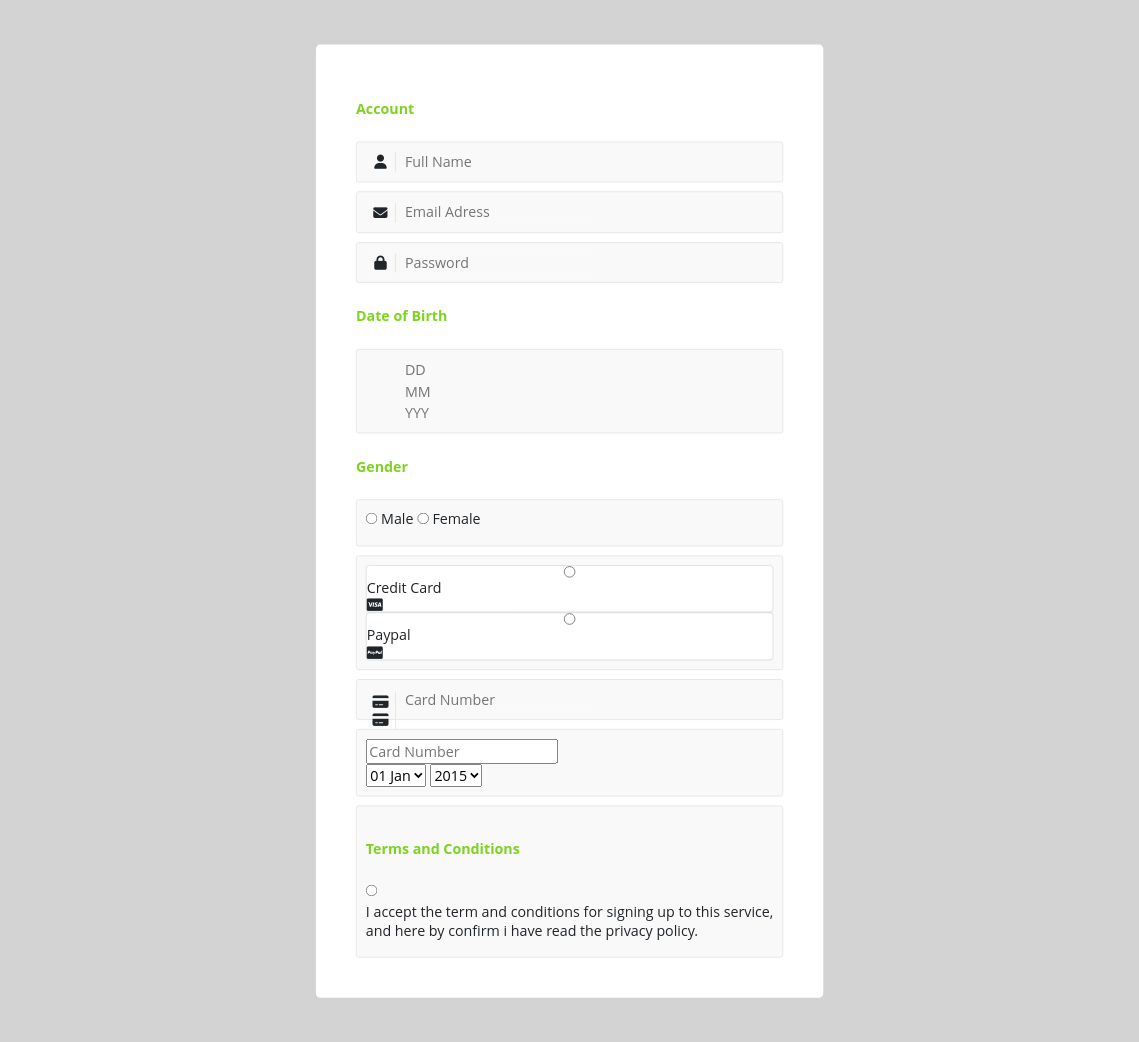
Repository: letrongtinh27/LapTrinhWeb
Page: Payment/index.html
An editor plug-in stored every save of this project. The page is shown before and after the next save, followed by the edit.
The browser window is 1280 px wide. The pictures show the whole page, at 89% of full size.

Above is the page before, as saved 2022-10-11 20:52:55.

After the next save:
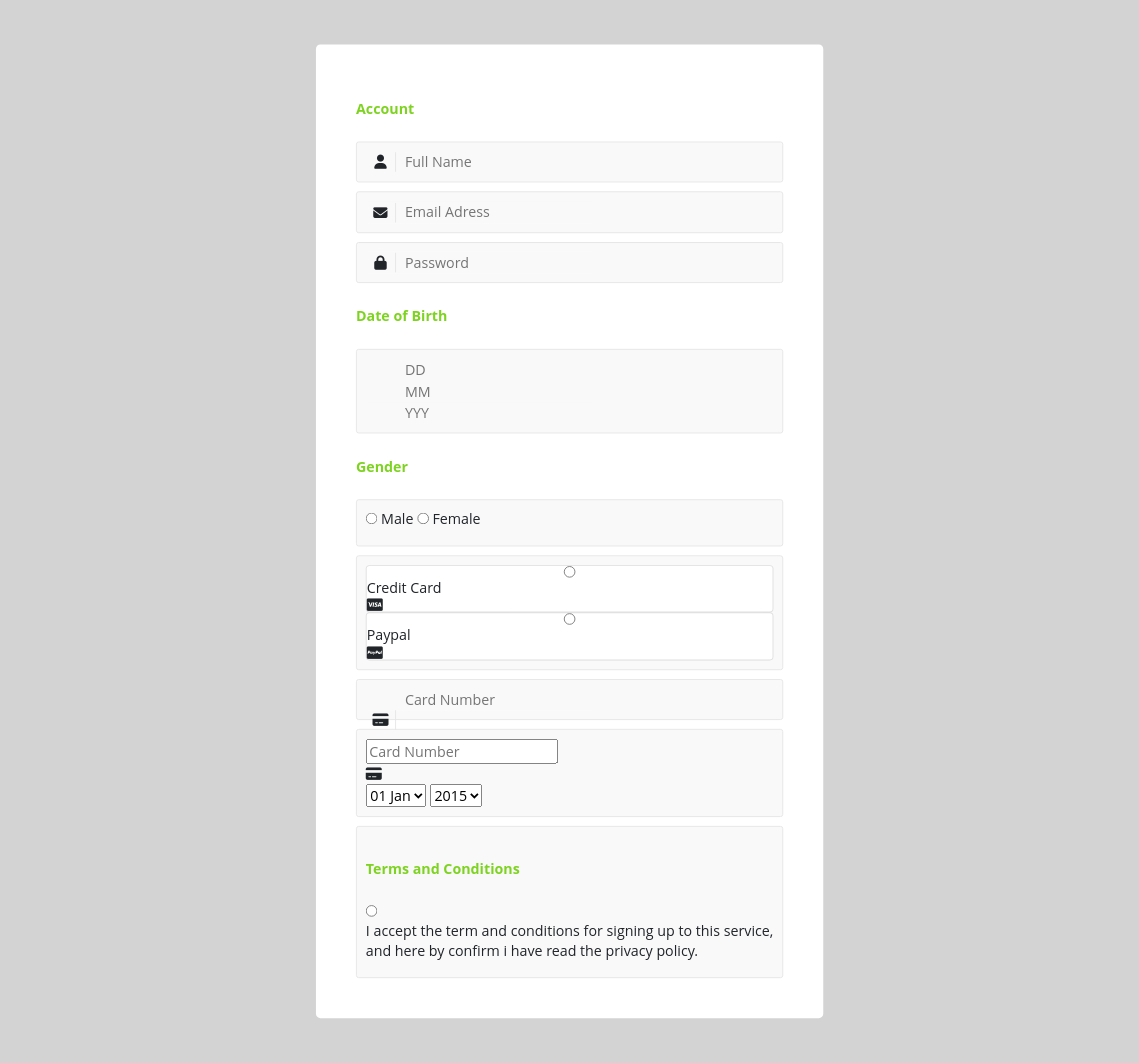
Saved 10 s later.
--- a/Payment/index.html
+++ b/Payment/index.html
@@ -71,7 +71,7 @@
                 <div class="form-item">
                    <div class="right">
                     <input type="text" placeholder="Card Number">
-                    <div class="icon" style="top: 777px;">
+                    <div class="" style="top: 777px;">
                         <i class="fa-solid fa-credit-card"></i>
                     </div>
                    </div>

After the save that followed:
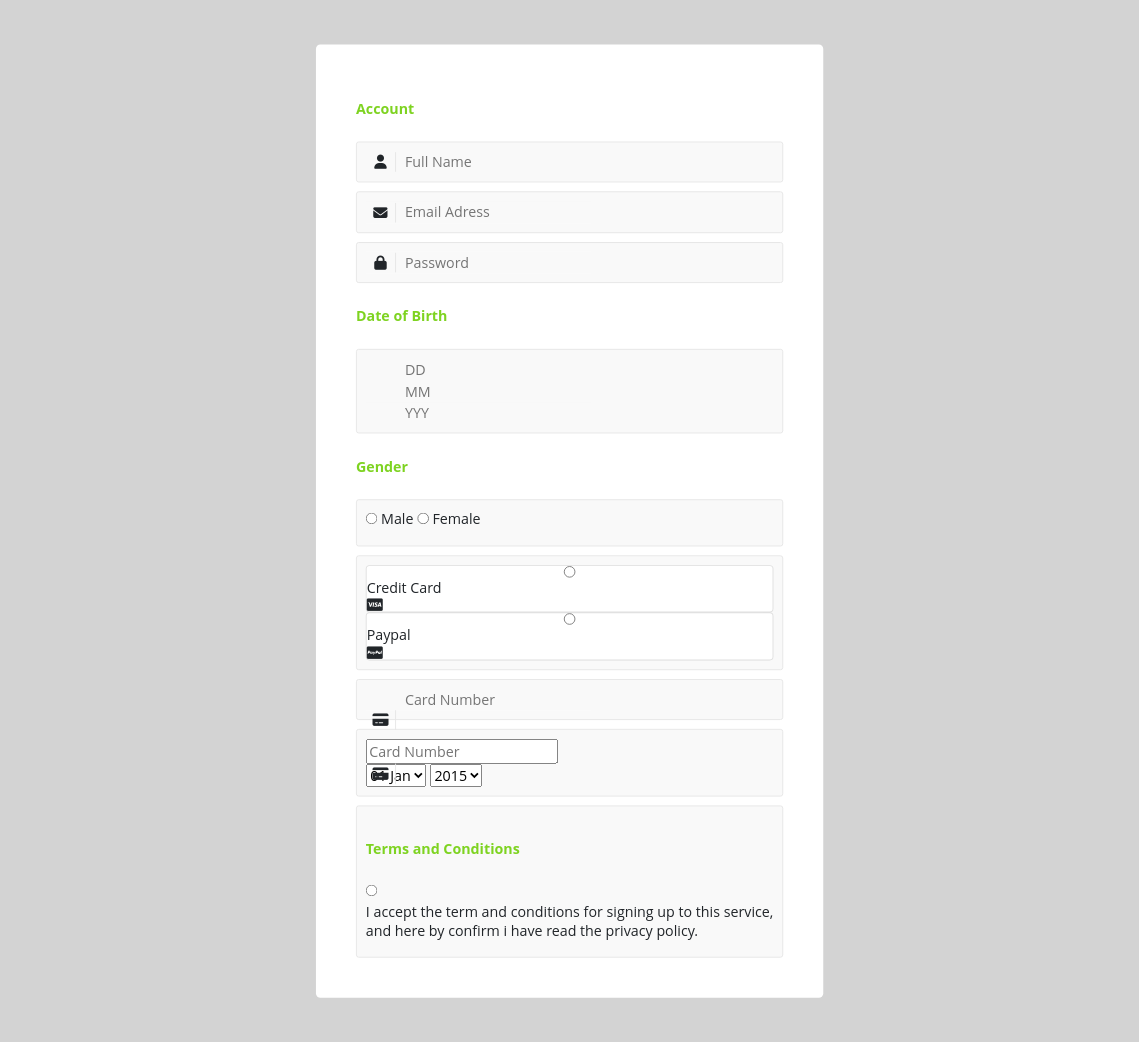
Saved 14 s later.
--- a/Payment/index.html
+++ b/Payment/index.html
@@ -71,7 +71,7 @@
                 <div class="form-item">
                    <div class="right">
                     <input type="text" placeholder="Card Number">
-                    <div class="" style="top: 777px;">
+                    <div class="icon">
                         <i class="fa-solid fa-credit-card"></i>
                     </div>
                    </div>
